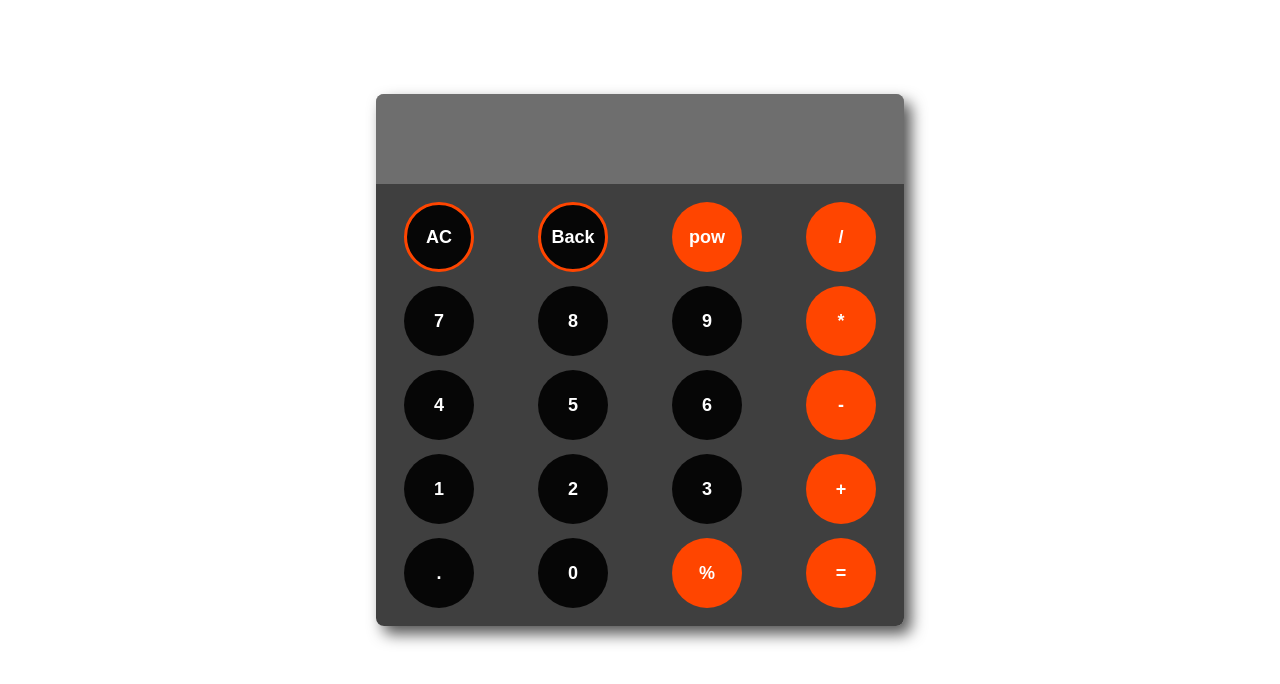
Repository: SakthivelDurai47/calculator
Page: index.html
These files come from the project's save history. The page is drawn as it stood at one moment and after the next save; the edit follows.
The browser window is 1280 px wide. The pictures show the whole page.

Above is the page before, as saved 2025-04-13 15:56:06.

After the next save:
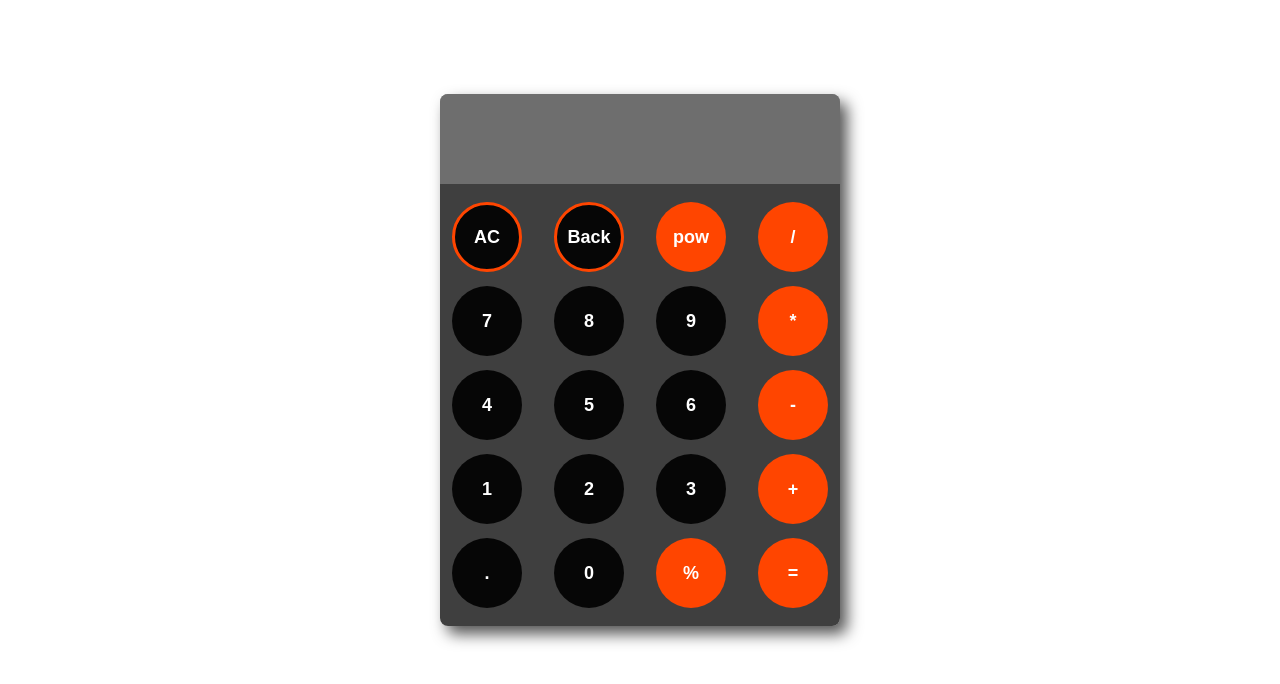
Saved 23 s later.
--- a/styles.css
+++ b/styles.css
@@ -44,7 +44,7 @@ button:active {
   background-color: rgba(255, 68, 0, 0.128);
 }
 #calculator {
-  width: auto;
+  width: 400px;
   height: auto;
   background-color: rgba(0, 0, 0, 0.751);
   border-radius: 8px;
